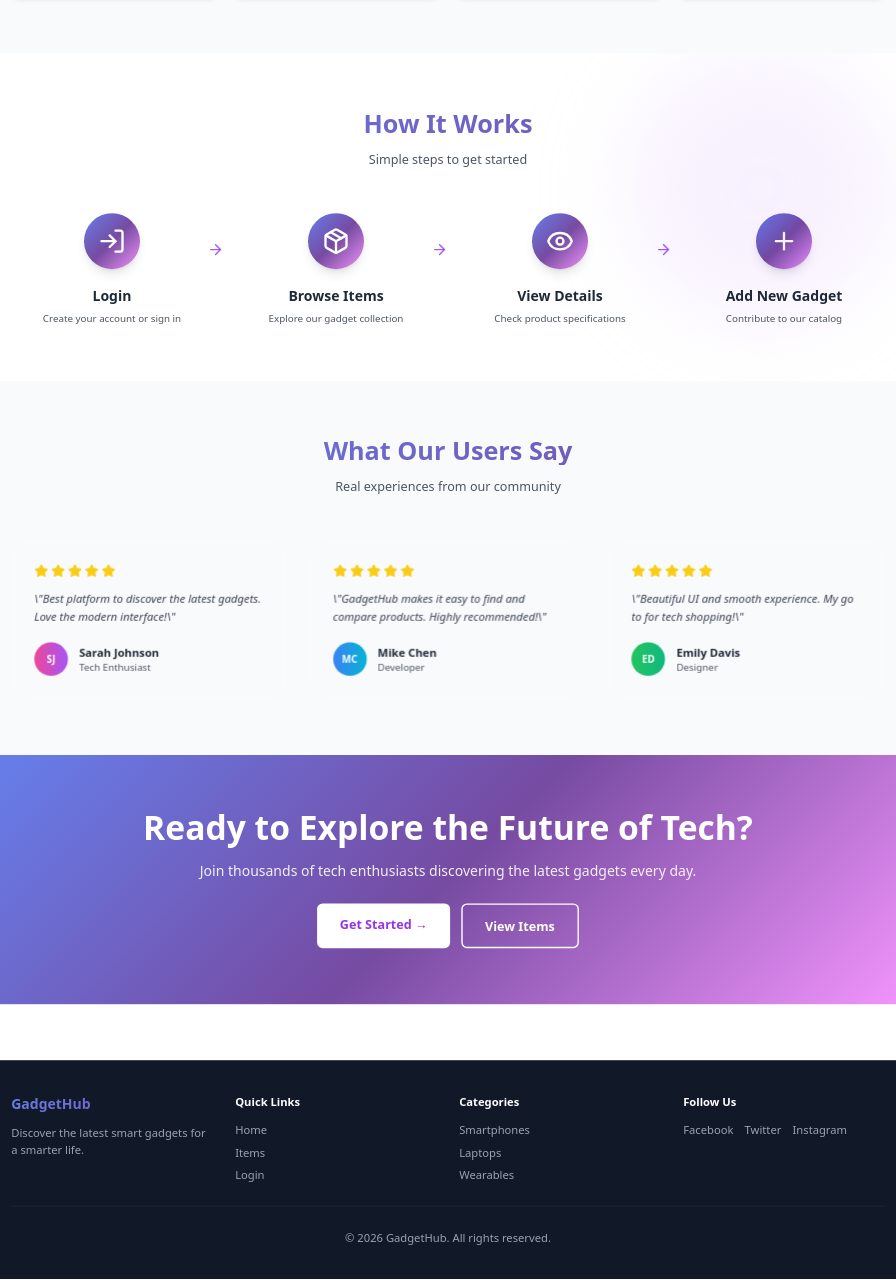
Repository: rajes124/Gadget-Next-js
Page: /
An editor plug-in stored every save of this project. The page is shown before and after the next save, followed by the edit.
The browser window is 1280 px wide. The pictures show the part of the page from y = 2541 to 4461 px (the page is 4369 px tall before and 4461 px after), at 70% of full size.
The project was rebuilt for these pictures with package versions that can differ from the ones it lists, and the page was loaded fresh each time. The framework's server and built-in components were replaced by stand-ins that run in the browser. Also part of the build but not shown: next.config.js.

Above is the page before, as saved 2026-01-18 11:56:13.

### app/layout.tsx
import type { Metadata } from "next";
import Navbar from "@/components/Navbar";
import Footer from "@/components/Footer";
import Providers from "@/components/Providers";
import "./globals.css";

export const metadata: Metadata = {
  title: "GadgetHub - Discover Smart Gadgets",
  description: "Explore the latest technology and innovations. Find your perfect gadget today.",
};

export default function RootLayout({
  children,
}: {
  children: React.ReactNode;
}) {
  return (
    <html lang="en" suppressHydrationWarning>
      <body className="bg-white dark:bg-slate-950 text-gray-900 dark:text-gray-100">
        <Providers>
          <Navbar />
          <main className="min-h-screen pt-16">
            {children}
          </main>
          <Footer />
        </Providers>
      </body>
    </html>
  );
}

### app/page.tsx
import HeroSection from "@/components/sections/HeroSection";
import CategoriesSection from "@/components/sections/CategoriesSection";
import FeaturedSection from "@/components/sections/FeaturedSection";
import WhyChooseSection from "@/components/sections/WhyChooseSection";
import HowItWorksSection from "@/components/sections/HowItWorksSection";
import TestimonialsSection from "@/components/sections/TestimonialsSection";
import CTASection from "@/components/sections/CTASection";

export default function Home() {
  return (
    <>
      <HeroSection />
      <CategoriesSection />
      <FeaturedSection />
      <WhyChooseSection />
      <HowItWorksSection />
      <TestimonialsSection />
      <CTASection />
    </>
  );
}

### components/Footer.tsx
'use client';

export default function Footer() {
  return (
    <footer className="bg-gray-900 dark:bg-black text-white py-12 mt-20">
      <div className="max-w-7xl mx-auto px-4">
        <div className="grid md:grid-cols-4 gap-8 mb-8">
          <div>
            <h3 className="text-xl font-bold mb-4 gradient-text">GadgetHub</h3>
            <p className="text-gray-400">Discover the latest smart gadgets for a smarter life.</p>
          </div>
          <div>
            <h4 className="font-semibold mb-4">Quick Links</h4>
            <ul className="space-y-2 text-gray-400">
              <li><a href="#" className="hover:text-white transition">Home</a></li>
              <li><a href="/items" className="hover:text-white transition">Items</a></li>
              <li><a href="/login" className="hover:text-white transition">Login</a></li>
            </ul>
          </div>
          <div>
            <h4 className="font-semibold mb-4">Categories</h4>
            <ul className="space-y-2 text-gray-400">
              <li><a href="#" className="hover:text-white transition">Smartphones</a></li>
              <li><a href="#" className="hover:text-white transition">Laptops</a></li>
              <li><a href="#" className="hover:text-white transition">Wearables</a></li>
            </ul>
          </div>
          <div>
            <h4 className="font-semibold mb-4">Follow Us</h4>
            <div className="flex gap-4">
              <a href="#" className="text-gray-400 hover:text-white transition">Facebook</a>
              <a href="#" className="text-gray-400 hover:text-white transition">Twitter</a>
              <a href="#" className="text-gray-400 hover:text-white transition">Instagram</a>
            </div>
          </div>
        </div>
        <div className="border-t border-gray-800 pt-8 text-center text-gray-400">
          <p>&copy; 2026 GadgetHub. All rights reserved.</p>
        </div>
      </div>
    </footer>
  );
}

### components/Providers.tsx
'use client';

import { Toaster } from 'react-hot-toast';
import { ThemeProvider } from 'next-themes';

export default function Providers({ children }: { children: React.ReactNode }) {
  return (
    <ThemeProvider attribute="class" defaultTheme="light" enableSystem>
      {children}
      <Toaster position="top-right" />
    </ThemeProvider>
  );
}

### app/globals.css
@tailwind base;
@tailwind components;
@tailwind utilities;

* {
  margin: 0;
  padding: 0;
  box-sizing: border-box;
}

html {
  scroll-behavior: smooth;
}

body {
  transition: background-color 0.3s ease, color 0.3s ease;
}

.gradient-text {
  background: linear-gradient(135deg, #667eea 0%, #764ba2 100%);
  -webkit-background-clip: text;
  -webkit-text-fill-color: transparent;
  background-clip: text;
}

.gradient-bg {
  background: linear-gradient(135deg, #667eea 0%, #764ba2 50%, #f093fb 100%);
}

.glass-effect {
  background: rgba(255, 255, 255, 0.1);
  backdrop-filter: blur(10px);
  border: 1px solid rgba(255, 255, 255, 0.2);
}

.dark .glass-effect {
  background: rgba(15, 23, 42, 0.3);
  border: 1px solid rgba(148, 163, 184, 0.2);
}

.gradient-btn {
  background: linear-gradient(135deg, #667eea 0%, #764ba2 100%);
  transition: all 0.3s ease;
}

.gradient-btn:hover {
  transform: translateY(-2px);
  box-shadow: 0 10px 25px rgba(102, 126, 234, 0.4);
}

### components/sections/CategoriesSection.tsx
'use client';

import { Smartphone, Laptop, Watch, Headphones } from 'lucide-react';

export default function CategoriesSection() {
  const categories = [
    {
      name: 'Smartphones',
      icon: Smartphone,
      color: 'from-blue-500 to-cyan-500',
      description: 'Latest phones & devices'
    },
    {
      name: 'Laptops',
      icon: Laptop,
      color: 'from-purple-500 to-pink-500',
      description: 'Powerful computing devices'
    },
    {
      name: 'Wearables',
      icon: Watch,
      color: 'from-green-500 to-emerald-500',
      description: 'Smart watches & bands'
    },
    {
      name: 'Accessories',
      icon: Headphones,
      color: 'from-orange-500 to-red-500',
      description: 'Cables, cases & more'
    },
  ];

  return (
    <section className="py-20 px-4 bg-gray-50 dark:bg-slate-800">
      <div className="max-w-7xl mx-auto">
        <div className="text-center mb-16 animate-fade-in">
          <h2 className="text-4xl font-bold mb-4 gradient-text">Browse by Category</h2>
          <p className="text-gray-600 dark:text-gray-400 text-lg">Find gadgets by type</p>
        </div>
        <div className="grid md:grid-cols-4 gap-6">
          {categories.map((cat, idx) => {
            const IconComp = cat.icon;
            return (
              <div
                key={cat.name}
                className="group glass-effect p-8 rounded-2xl text-center cursor-pointer hover:scale-110 hover:shadow-2xl transition-all duration-300 transform animate-slide-in-up"
                style={{ animationDelay: `${idx * 0.1}s` }}
              >
                <div className={`inline-flex items-center justify-center w-20 h-20 rounded-full bg-gradient-to-r ${cat.color} mb-4 group-hover:shadow-lg transition-all`}>
                  <IconComp className="w-10 h-10 text-white" />
                </div>
                <h3 className="text-xl font-semibold text-gray-800 dark:text-white mb-2 group-hover:text-transparent group-hover:bg-clip-text group-hover:bg-gradient-to-r group-hover:from-purple-500 group-hover:to-pink-500 transition-all">
                  {cat.name}
                </h3>
                <p className="text-gray-600 dark:text-gray-400 text-sm">{cat.description}</p>
              </div>
            );
          })}
        </div>
      </div>
    </section>
  );
}

### components/sections/WhyChooseSection.tsx
'use client';

import { Lock, CheckCircle, Zap, Palette } from 'lucide-react';

export default function WhyChooseSection() {
  const reasons = [
    { icon: Lock, title: 'Secure Login', description: 'Protected user authentication', color: 'text-blue-600 dark:text-blue-400' },
    { icon: CheckCircle, title: 'Verified Products', description: 'Quality guaranteed gadgets', color: 'text-green-600 dark:text-green-400' },
    { icon: Zap, title: 'Fast Delivery', description: 'Quick and reliable shipping', color: 'text-yellow-600 dark:text-yellow-400' },
    { icon: Palette, title: 'Modern UI', description: 'Beautiful, responsive design', color: 'text-purple-600 dark:text-purple-400' },
  ];

  return (
    <section className="py-20 px-4 bg-gray-50 dark:bg-slate-800">
      <div className="max-w-7xl mx-auto">
        <div className="text-center mb-16 animate-fade-in">
          <h2 className="text-4xl font-bold mb-4 gradient-text">Why Choose GadgetHub?</h2>
          <p className="text-gray-600 dark:text-gray-400 text-lg">Everything you need for the best experience</p>
        </div>
        <div className="grid md:grid-cols-4 gap-6">
          {reasons.map((reason, idx) => {
            const IconComp = reason.icon;
            return (
              <div
                key={reason.title}
                className="text-center p-6 bg-white dark:bg-slate-700 rounded-xl shadow-md hover:shadow-xl transition-all duration-300 transform hover:scale-105 animate-slide-in-up"
                style={{ animationDelay: `${idx * 0.1}s` }}
              >
                <div className={`w-16 h-16 rounded-full bg-gray-100 dark:bg-gray-600 flex items-center justify-center mx-auto mb-4 ${reason.color}`}>
                  <IconComp className="w-8 h-8" />
                </div>
                <h3 className="text-xl font-bold text-gray-800 dark:text-white mb-2">{reason.title}</h3>
                <p className="text-gray-600 dark:text-gray-400 text-sm">{reason.description}</p>
              </div>
            );
          })}
        </div>
      </div>
    </section>
  );
}

### components/sections/HowItWorksSection.tsx
'use client';

import { LogIn, Package, Eye, Plus, ArrowRight } from 'lucide-react';

export default function HowItWorksSection() {
  const steps = [
    { number: 1, icon: LogIn, title: 'Login', description: 'Create your account or sign in' },
    { number: 2, icon: Package, title: 'Browse Items', description: 'Explore our gadget collection' },
    { number: 3, icon: Eye, title: 'View Details', description: 'Check product specifications' },
    { number: 4, icon: Plus, title: 'Add New Gadget', description: 'Contribute to our catalog' },
  ];

  return (
    <section className="py-20 px-4 bg-white dark:bg-slate-900 relative overflow-hidden">
      <div className="max-w-7xl mx-auto">
        <div className="text-center mb-16 animate-fade-in">
          <h2 className="text-4xl font-bold mb-4 gradient-text">How It Works</h2>
          <p className="text-gray-600 dark:text-gray-400 text-lg">Simple steps to get started</p>
        </div>
        <div className="grid md:grid-cols-4 gap-8">
          {steps.map((step, idx) => {
            const IconComp = step.icon;
            return (
              <div key={step.number} className="relative text-center group animate-slide-in-up" style={{ animationDelay: `${idx * 0.1}s` }}>
                <div className="flex justify-center mb-6">
                  <div className="gradient-bg w-20 h-20 rounded-full flex items-center justify-center text-white shadow-lg group-hover:shadow-2xl transition-all group-hover:scale-110 duration-300">
                    <IconComp className="w-10 h-10" />
                  </div>
                </div>
                <h3 className="text-xl font-bold text-gray-800 dark:text-white mb-2">{step.title}</h3>
                <p className="text-gray-600 dark:text-gray-400 text-sm">{step.description}</p>

                {/* Connecting Arrow */}
                {step.number < 4 && (
                  <div className="hidden md:flex absolute top-10 -right-4 items-center justify-center">
                    <ArrowRight className="w-6 h-6 text-purple-500" />
                  </div>
                )}
              </div>
            );
          })}
        </div>
      </div>

      {/* Decorative elements */}
      <div className="absolute top-0 right-0 w-96 h-96 bg-purple-200 dark:bg-purple-900 rounded-full mix-blend-multiply filter blur-3xl opacity-10 animate-pulse"></div>
    </section>
  );
}

### components/sections/TestimonialsSection.tsx
'use client';

import { Star, User } from 'lucide-react';

export default function TestimonialsSection() {
  const testimonials = [
    {
      name: 'Sarah Johnson',
      role: 'Tech Enthusiast',
      initials: 'SJ',
      color: 'from-pink-500 to-purple-500',
      text: 'Best platform to discover the latest gadgets. Love the modern interface!',
      rating: 5,
    },
    {
      name: 'Mike Chen',
      role: 'Developer',
      initials: 'MC',
      color: 'from-blue-500 to-cyan-500',
      text: 'GadgetHub makes it easy to find and compare products. Highly recommended!',
      rating: 5,
    },
    {
      name: 'Emily Davis',
      role: 'Designer',
      initials: 'ED',
      color: 'from-green-500 to-emerald-500',
      text: 'Beautiful UI and smooth experience. My go to for tech shopping!',
      rating: 5,
    },
  ];

  return (
    <section className="py-20 px-4 bg-gray-50 dark:bg-slate-800">
      <div className="max-w-7xl mx-auto">
        <div className="text-center mb-16 animate-fade-in">
          <h2 className="text-4xl font-bold mb-4 gradient-text">What Our Users Say</h2>
          <p className="text-gray-600 dark:text-gray-400 text-lg">Real experiences from our community</p>
        </div>
        <div className="grid md:grid-cols-3 gap-8">
          {testimonials.map((testimonial, idx) => (
            <div
              key={testimonial.name}
              className="glass-effect p-8 rounded-2xl hover:shadow-2xl transition-all duration-300 transform hover:scale-105 animate-slide-in-up"
              style={{ animationDelay: `${idx * 0.1}s` }}
            >
              <div className="flex gap-1 mb-4">
                {[...Array(testimonial.rating)].map((_, i) => (
                  <Star key={i} className="w-5 h-5 text-yellow-400 fill-yellow-400" />
                ))}
              </div>
              <p className="text-gray-700 dark:text-gray-300 mb-6 italic leading-relaxed">\"{testimonial.text}\"</p>
              <div className="flex items-center gap-4">
                <div className={`w-12 h-12 rounded-full bg-gradient-to-r ${testimonial.color} flex items-center justify-center text-white font-bold text-sm`}>
                  {testimonial.initials}
                </div>
                <div>
                  <h4 className="font-bold text-gray-800 dark:text-white">{testimonial.name}</h4>
                  <p className="text-sm text-gray-600 dark:text-gray-400">{testimonial.role}</p>
                </div>
              </div>
            </div>
          ))}
        </div>
      </div>
    </section>
  );
}

### components/sections/CTASection.tsx
'use client';

import Link from 'next/link';

export default function CTASection() {
  return (
    <section className="gradient-bg py-20 px-4 text-white">
      <div className="max-w-4xl mx-auto text-center">
        <h2 className="text-5xl font-bold mb-6">Ready to Explore the Future of Tech?</h2>
        <p className="text-xl mb-8 opacity-90">
          Join thousands of tech enthusiasts discovering the latest gadgets every day.
        </p>
        <div className="flex flex-col md:flex-row gap-4 justify-center">
          <Link href="/login" className="bg-white text-purple-600 px-8 py-4 rounded-lg font-bold text-lg hover:scale-105 transition">
            Get Started →
          </Link>
          <Link href="/items" className="border-2 border-white text-white px-8 py-4 rounded-lg font-bold text-lg hover:bg-white hover:bg-opacity-10 transition">
            View Items
          </Link>
        </div>
      </div>
    </section>
  );
}

### lib/auth.ts
import { signOut, signInWithEmailAndPassword, createUserWithEmailAndPassword } from 'firebase/auth';
import { auth } from './firebase';
import { setAuthCookie, removeAuthCookie, setUserCookie, getUserCookie } from './cookies';

export const signIn = async (email: string, password: string) => {
  try {
    const result = await signInWithEmailAndPassword(auth, email, password);
    const token = await result.user.getIdToken();

    setAuthCookie(token);
    setUserCookie({
      uid: result.user.uid,
      email: result.user.email,
      displayName: result.user.displayName,
    });

    return result.user;
  } catch (error: any) {
    throw error;
  }
};

export const signUp = async (email: string, password: string, displayName?: string) => {
  try {
    const result = await createUserWithEmailAndPassword(auth, email, password);
    const token = await result.user.getIdToken();

    setAuthCookie(token);
    setUserCookie({
      uid: result.user.uid,
      email: result.user.email,
      displayName: displayName || email.split('@')[0],
    });

    return result.user;
  } catch (error: any) {
    throw error;
  }
};

export const logout = async () => {
  try {
    await signOut(auth);
    removeAuthCookie();
  } catch (error) {
    console.error('Logout error:', error);
  }
};

export const getCurrentUser = () => {
  return getUserCookie();
};

### lib/firebase.ts
import { initializeApp } from "firebase/app";
import { getAuth } from "firebase/auth";
import { getFirestore } from "firebase/firestore";

const firebaseConfig = {
  apiKey: "AIzaSyDvBJhLa10oqdlcbmkKFgUltEKyrTwjIMk",
  authDomain: "techgad-get.firebaseapp.com",
  projectId: "techgad-get",
  storageBucket: "techgad-get.firebasestorage.app",
  messagingSenderId: "129611510027",
  appId: "1:129611510027:web:4d41bc17581bfff22e320e",
  measurementId: "G-ZS9JZGP2KL"
};

const app = initializeApp(firebaseConfig);
export const auth = getAuth(app);
export const db = getFirestore(app);

export default app;

### lib/cookies.ts
import Cookies from 'js-cookie';

export const setAuthCookie = (token: string) => {
  Cookies.set('auth_token', token, {
    expires: 7,
    secure: process.env.NODE_ENV === 'production',
    sameSite: 'strict',
  });
};

export const getAuthCookie = () => {
  return Cookies.get('auth_token');
};

export const removeAuthCookie = () => {
  Cookies.remove('auth_token');
};

export const setUserCookie = (user: any) => {
  Cookies.set('user', JSON.stringify(user), {
    expires: 7,
    secure: process.env.NODE_ENV === 'production',
    sameSite: 'strict',
  });
};

export const getUserCookie = () => {
  const user = Cookies.get('user');
  return user ? JSON.parse(user) : null;
};

### tailwind.config.ts
import type { Config } from 'tailwindcss';

const config: Config = {
  content: [
    './app/**/*.{js,ts,jsx,tsx,mdx}',
    './components/**/*.{js,ts,jsx,tsx,mdx}',
  ],
  theme: {
    extend: {
      colors: {
        primary: '#667eea',
        secondary: '#764ba2',
      },
    },
  },
  darkMode: 'class',
  plugins: [],
};
export default config;

Loaded but not shown: components/Navbar.tsx (199 lines, source omitted); components/sections/HeroSection.tsx (62 lines, source omitted); components/sections/FeaturedSection.tsx (71 lines, source omitted)

After the next save:
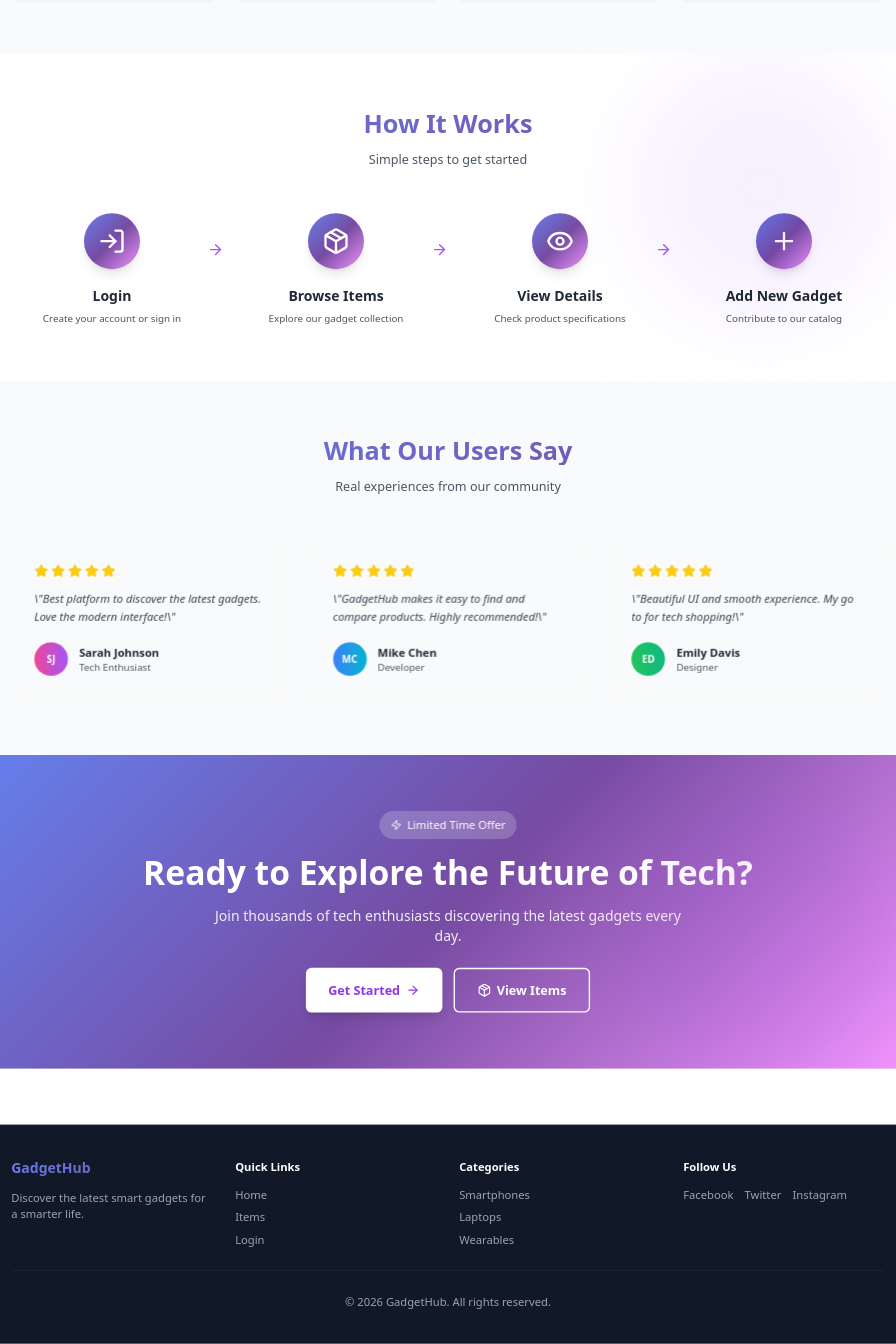
Saved 7 s later.
--- a/components/sections/CTASection.tsx
+++ b/components/sections/CTASection.tsx
@@ -1,24 +1,39 @@
 'use client';
 
 import Link from 'next/link';
+import { ArrowRight, Zap, Package } from 'lucide-react';
 
 export default function CTASection() {
   return (
-    <section className="gradient-bg py-20 px-4 text-white">
+    <section className="gradient-bg py-20 px-4 text-white relative overflow-hidden">
       <div className="max-w-4xl mx-auto text-center">
-        <h2 className="text-5xl font-bold mb-6">Ready to Explore the Future of Tech?</h2>
-        <p className="text-xl mb-8 opacity-90">
+        <div className="inline-block mb-6 px-4 py-2 bg-white bg-opacity-20 rounded-full backdrop-blur-sm animate-fade-in">
+          <span className="flex items-center gap-2 text-sm md:text-base">
+            <Zap className="w-4 h-4" />
+            <span>Limited Time Offer</span>
+          </span>
+        </div>
+        <h2 className="text-4xl md:text-5xl font-bold mb-6 leading-tight animate-slide-in-down">
+          Ready to Explore the Future of Tech?
+        </h2>
+        <p className="text-lg md:text-xl mb-8 opacity-90 max-w-2xl mx-auto animate-slide-in-up">
           Join thousands of tech enthusiasts discovering the latest gadgets every day.
         </p>
-        <div className="flex flex-col md:flex-row gap-4 justify-center">
-          <Link href="/login" className="bg-white text-purple-600 px-8 py-4 rounded-lg font-bold text-lg hover:scale-105 transition">
-            Get Started →
+        <div className="flex flex-col md:flex-row gap-4 justify-center animate-fade-in" style={{ animationDelay: '0.3s' }}>
+          <Link href="/login" className="bg-white text-purple-600 px-8 py-4 rounded-lg font-bold text-lg hover:scale-105 transition-transform duration-300 flex items-center justify-center gap-2 shadow-lg">
+            <span>Get Started</span>
+            <ArrowRight className="w-5 h-5" />
           </Link>
-          <Link href="/items" className="border-2 border-white text-white px-8 py-4 rounded-lg font-bold text-lg hover:bg-white hover:bg-opacity-10 transition">
-            View Items
+          <Link href="/items" className="border-2 border-white text-white px-8 py-4 rounded-lg font-bold text-lg hover:bg-white hover:bg-opacity-10 transition-all duration-300 flex items-center justify-center gap-2">
+            <Package className="w-5 h-5" />
+            <span>View Items</span>
           </Link>
         </div>
       </div>
+
+      {/* Decorative Elements */}
+      <div className="absolute top-0 left-0 w-96 h-96 bg-white rounded-full mix-blend-multiply filter blur-3xl opacity-10 animate-pulse"></div>
+      <div className="absolute bottom-0 right-0 w-96 h-96 bg-purple-200 rounded-full mix-blend-multiply filter blur-3xl opacity-10 animate-pulse" style={{ animationDelay: '2s' }}></div>
     </section>
   );
 }
